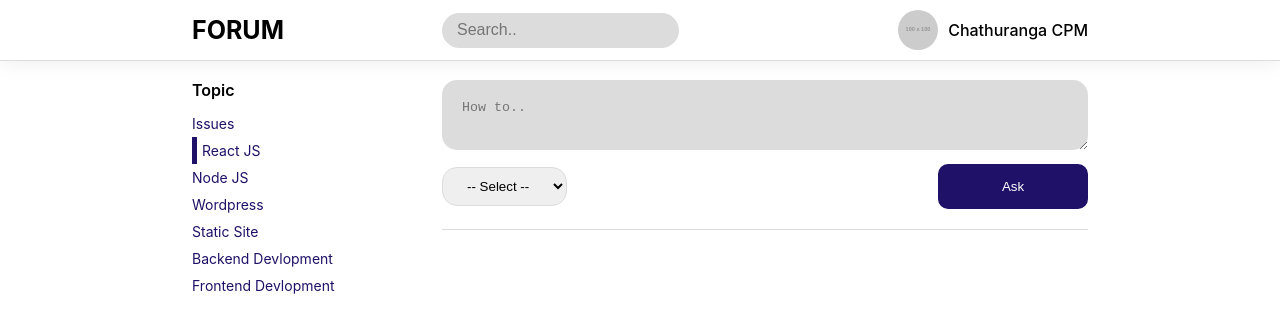
Repository: ChathurangaCPM/developer-forum
Page: / (app in client/)
These files come from the project's save history. The page is drawn as it stood at one moment and after the next save; the edit follows.
The browser window is 1280 px wide. The pictures show the whole page.
The project was rebuilt for these pictures with package versions that can differ from the ones it lists, and the page was loaded fresh each time.

Above is the page before, as saved 2022-05-09 21:51:48.

### client/public/index.html
<!DOCTYPE html>
<html lang="en">
  <head>
    <meta charset="utf-8" />
    <link rel="icon" href="%PUBLIC_URL%/favicon.ico" />
    <meta name="viewport" content="width=device-width, initial-scale=1" />
    <meta name="theme-color" content="#000000" />
    <meta
      name="description"
      content="Web site created using create-react-app"
    />
    <link rel="apple-touch-icon" href="%PUBLIC_URL%/logo192.png" />
    <link rel="manifest" href="%PUBLIC_URL%/manifest.json" />

    <title>React App</title>
  </head>
  <body>
    <noscript>You need to enable JavaScript to run this app.</noscript>
    <div id="root"></div>

  </body>
</html>

### client/src/App.js
import MainHeader from "./components/MainHeader/MainHeader";
import SideBar from "./components/SideBar/SideBar";
import './App.min.css';
import AddQuestion from "./components/AddQuestion/AddQuestion";

function App() {
	return (
		<div className="main_wrapper">
			<MainHeader/>
			<div className="wrap_inner_data">
				<div className="side_bar">
					<SideBar/>
				</div>
				<div className="main_content_area">
					<AddQuestion/>


				</div>
			</div>
		</div>
	);
}

export default App;

### client/src/components/MainHeader/MainHeader.js
import React from 'react';
import { Link } from 'react-router-dom';
import '../../scss/componets/MainHeader/MainHeader.min.css';

function MainHeader() {
	return (
		<div className="main_header">
			<div className="wrap_middle">

				<div className="main_logo">
					<span>FORUM</span>
				</div>


				<div className="search_form">
					<form method="">
						<input type="search" placeholder="Search.."/>
					</form>
				</div>

				<div className="user_pro">
					<img src="//dummyimage.com/100x100/000/fff"/>
					<span>Chathuranga CPM</span>
				</div>
			</div>
		</div>
	);
}

export default MainHeader;

### client/src/components/SideBar/SideBar.js
import '../../scss/componets/SideBar/SideBar.min.css';

function SideBar() {
	return (
		<div className="main_sidebar_wrapper">
			<div className="menu_area">
				<span className="title">Topic</span>
                <ul>
                    <li>Issues</li>
                    <li className="active">React JS</li>
                    <li>Node JS</li>
                    <li>Wordpress</li>
                    <li>Static Site</li>
                    <li>Backend Devlopment</li>
                    <li>Frontend Devlopment</li>
                </ul>
            </div>
		</div>
	);
}

export default SideBar;

### client/src/App.min.css
:root{--primary-color: rgb(30, 17, 103);--secondary-color: #ddd;--border-color: #dcdcdc}.main_wrapper{padding-top:80px}.main_wrapper .wrap_inner_data{display:-webkit-box;display:-ms-flexbox;display:flex;-ms-flex-wrap:wrap;flex-wrap:wrap;max-width:70%;margin:0 auto}.main_wrapper .wrap_inner_data .side_bar{width:250px}.main_wrapper .wrap_inner_data .main_content_area{width:calc(100% - 250px)}img{width:100%}

### client/src/components/AddQuestion/AddQuestion.js
import '../../scss/componets/AddQuestion/AddQuestion.min.css';

function AddQuestion() {
	return (
		<div className="addquestion_wrapper">
			<form >
                <textarea placeholder="How to.."></textarea>
                <div className="selrct_cat">
                    <select>
                        <option>-- Select --</option>
                        <option value="reactjs">React Js</option>
                        <option value="reactjs">Node Js</option>
                    </select>
                    <button type="submit">Ask</button>
                </div>
            </form>
		</div>
	);
}

export default AddQuestion;

### client/src/scss/componets/MainHeader/MainHeader.min.css
.main_header{padding:10px 0;border-bottom:1px solid var(--border-color);-webkit-box-shadow:0px 4px 20px 0px rgba(0,0,0,0.06);box-shadow:0px 4px 20px 0px rgba(0,0,0,0.06);position:fixed;top:0;width:100%;z-index:10px;background:#fff}.main_header .wrap_middle{max-width:70%;margin:0 auto;display:-webkit-box;display:-ms-flexbox;display:flex;-webkit-box-align:center;-ms-flex-align:center;align-items:center}.main_header .wrap_middle .main_logo{width:250px}.main_header .wrap_middle .main_logo span{font-size:25px;font-weight:bold;text-transform:uppercase}.main_header .wrap_middle .search_form{width:calc(100% - 500px)}.main_header .wrap_middle .search_form input{border:none;font-size:16px;line-height:16px;height:35px;border-radius:20px;outline:none;background:var(--border-color);padding:0 15px}.main_header .wrap_middle .user_pro{width:250px;display:-webkit-box;display:-ms-flexbox;display:flex;-webkit-box-align:center;-ms-flex-align:center;align-items:center;-webkit-box-pack:end;-ms-flex-pack:end;justify-content:flex-end}.main_header .wrap_middle .user_pro img{width:40px;height:40px;border-radius:100%;overflow:hidden}.main_header .wrap_middle .user_pro span{padding-left:10px;font-weight:500}

### client/src/scss/componets/SideBar/SideBar.min.css
.main_sidebar_wrapper .menu_area span.title{font-weight:600;display:block;margin-bottom:10px}.main_sidebar_wrapper .menu_area ul{padding:0;list-style:none;margin:0}.main_sidebar_wrapper .menu_area ul li{color:var(--primary-color);padding:5px 0;font-size:14px;-webkit-transition:all 0.3s ease-in-out;transition:all 0.3s ease-in-out;border-left-width:0}.main_sidebar_wrapper .menu_area ul li:hover,.main_sidebar_wrapper .menu_area ul li.active{border-left:5px solid var(--primary-color);padding-left:5px;-webkit-transition:all 0.3s ease-in-out;transition:all 0.3s ease-in-out;cursor:pointer}

### client/src/scss/componets/AddQuestion/AddQuestion.min.css
.addquestion_wrapper{margin-bottom:20px;padding-bottom:20px;border-bottom:1px solid var(--border-color)}.addquestion_wrapper form{width:100%}.addquestion_wrapper form .error_msg{font-size:12px;color:#ff0000}.addquestion_wrapper form .wrap_input{margin-bottom:20px}.addquestion_wrapper form input{height:40px;font-size:16px;font-weight:bold;padding:0 20px;border:none;background:var(--border-color);border-radius:15px;width:calc(100% - 40px)}.addquestion_wrapper form textarea{width:calc(100% - 40px);border:none;background:var(--border-color);padding:20px;outline:none;border-radius:15px;max-width:calc(100% - 40px);min-width:calc(100% - 40px)}.addquestion_wrapper form .selrct_cat{display:-webkit-box;display:-ms-flexbox;display:flex;-webkit-box-align:center;-ms-flex-align:center;align-items:center;-webkit-box-pack:justify;-ms-flex-pack:justify;justify-content:space-between;padding-top:10px}.addquestion_wrapper form .selrct_cat select{border:1px solid var(--border-color);padding:10px 20px;border-radius:15px}.addquestion_wrapper form .selrct_cat button{width:150px;background:var(--primary-color);border:none;padding:15px;color:#fff;border-radius:10px}

### client/src/components/SingleQuestion/SingleQuestion.js

function SingleQuestion() {
	return (
		<div className="single_question_wrapper">
			This is a single SingleQuestion
		</div>
	);
}

export default SingleQuestion;

Loaded but not shown: client/src/index.js (common file); client/src/index.css (common file); client/src/reportWebVitals.js (common file)

After the next save:
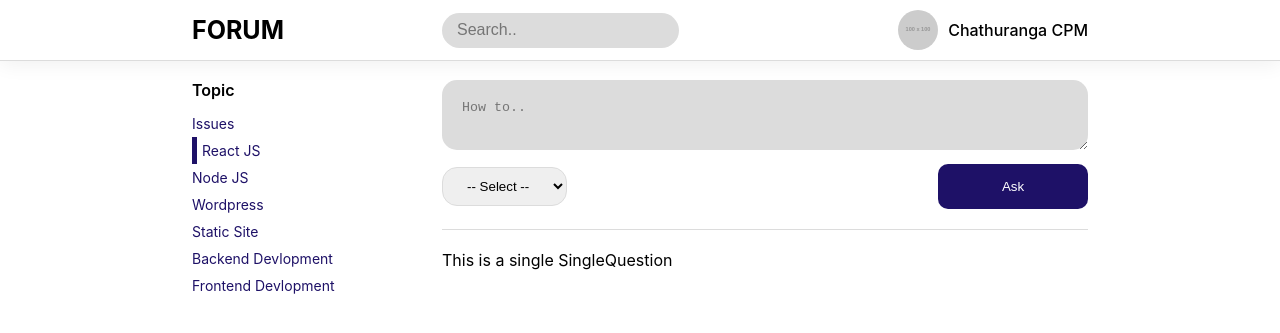
Saved 17 s later.
--- a/client/src/App.js
+++ b/client/src/App.js
@@ -2,6 +2,7 @@ import MainHeader from "./components/MainHeader/MainHeader";
 import SideBar from "./components/SideBar/SideBar";
 import './App.min.css';
 import AddQuestion from "./components/AddQuestion/AddQuestion";
+import SingleQuestion from "./components/SingleQuestion/SingleQuestion";
 
 function App() {
 	return (
@@ -14,7 +15,8 @@ function App() {
 				<div className="main_content_area">
 					<AddQuestion/>
 
-
+					{/* Load dynamically */}
+					<SingleQuestion/>
 				</div>
 			</div>
 		</div>
